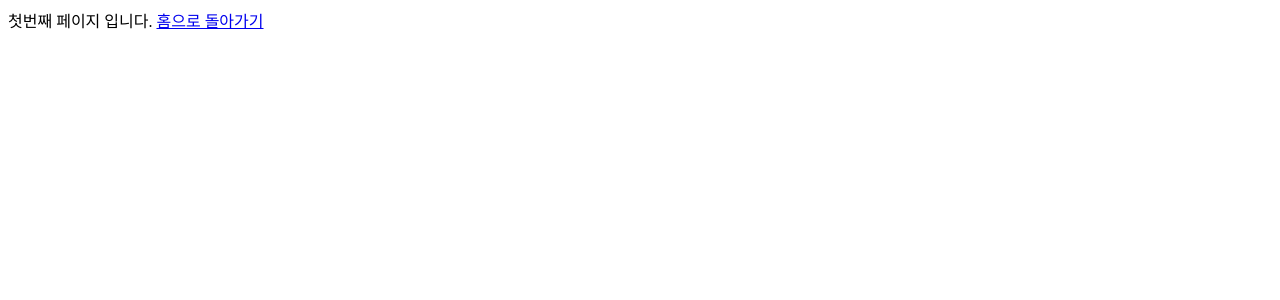
Repository: yeom724/JSP_test
Page: http://localhost/jsp_example/first
These files come from the project's save history. The page is drawn as it stood at one moment and after the next save; the edit follows.
The browser window is 1280 px wide. The pictures show the whole page.
The page is served by Tomcat 10.

Above is the page before, as saved 2024-10-07 06:42:54.

After the next save:
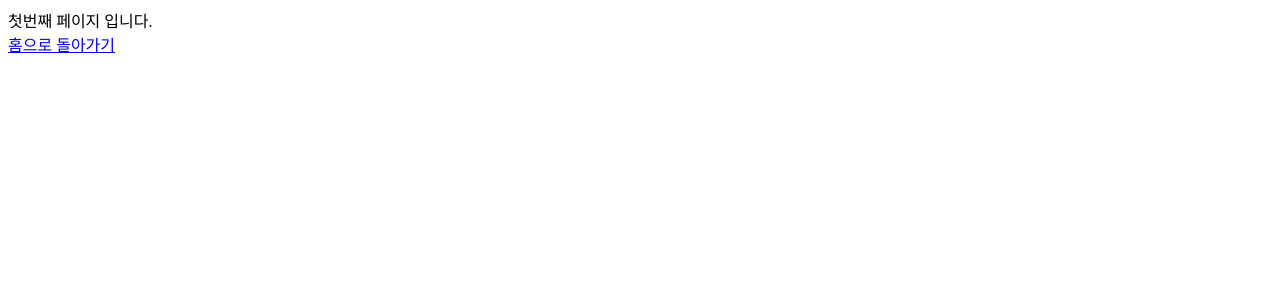
Saved 3 s later.
--- a/jsp_example/src/main/webapp/first.jsp
+++ b/jsp_example/src/main/webapp/first.jsp
@@ -7,7 +7,7 @@
 <title>Insert title here</title>
 </head>
 <body>
-	첫번째 페이지 입니다.
+	첫번째 페이지 입니다.<br>
 	<a href="home">홈으로 돌아가기</a>
 </body>
 </html>
